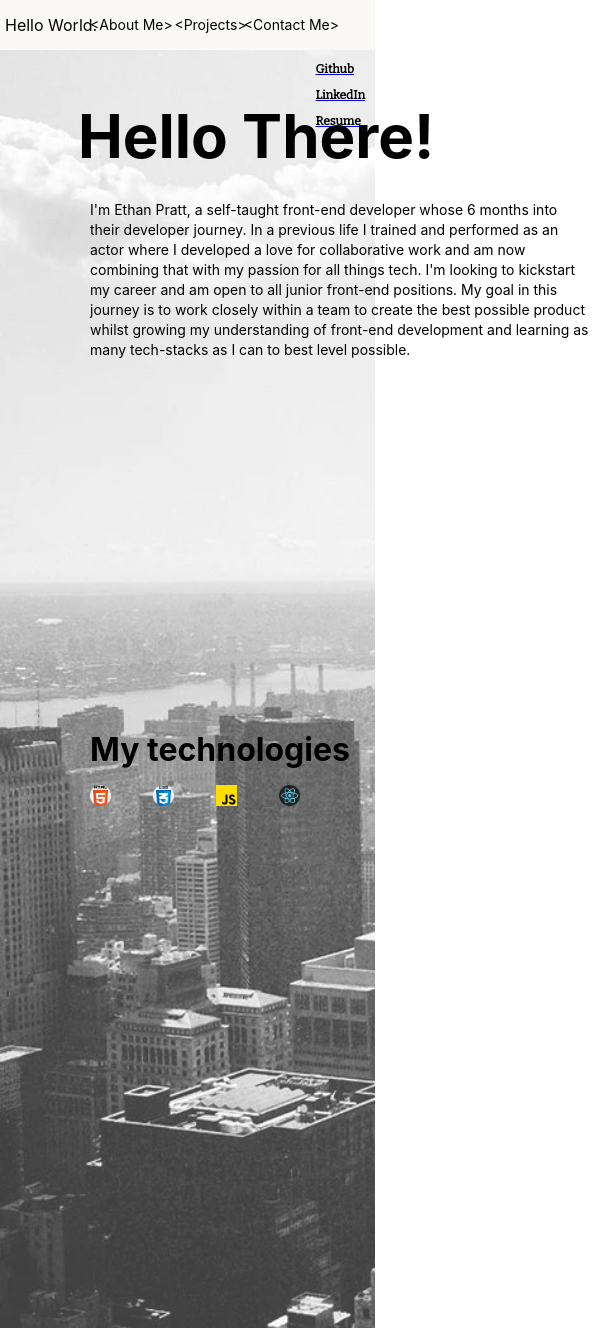
Repository: ghend99/website_ethan_pratt
Page: /about
An editor plug-in stored every save of this project. The page is shown before and after the next save, followed by the edit.
The browser window is 375 px wide. The page is 600 px wide, so the pictures cover 600 px, including what lies to the right of the window. The pictures show the whole page.
The project was rebuilt for these pictures with package versions that can differ from the ones it lists, and the page was loaded fresh each time. Also part of the build but not shown: src/pages/home.js, src/pages/project.js, src/css/contact.css, src/pages/contact.js.

Above is the page before, as saved 2023-04-25 09:09:45.

### public/index.html
<!DOCTYPE html>
<html lang="en">
  <head>
    <meta charset="utf-8" />
    <link rel="icon" href="%PUBLIC_URL%/favicon.ico" />
    <meta name="viewport" content="width=device-width, initial-scale=1" />
    <meta name="theme-color" content="#000000" />
    <meta
      name="description"
      content="Web site created using create-react-app"
    />
    <link rel="apple-touch-icon" href="%PUBLIC_URL%/logo192.png" />
    <!--
      manifest.json provides metadata used when your web app is installed on a
      user's mobile device or desktop. See https://developers.google.com/web/fundamentals/web-app-manifest/
    -->
    <link rel="manifest" href="%PUBLIC_URL%/manifest.json" />
    <!--
      Notice the use of %PUBLIC_URL% in the tags above.
      It will be replaced with the URL of the `public` folder during the build.
      Only files inside the `public` folder can be referenced from the HTML.

      Unlike "/favicon.ico" or "favicon.ico", "%PUBLIC_URL%/favicon.ico" will
      work correctly both with client-side routing and a non-root public URL.
      Learn how to configure a non-root public URL by running `npm run build`.
    -->
    <title>Ethan Pratt | Junior Front-End Developer</title>
  </head>
  <body>
    <noscript>You need to enable JavaScript to run this app.</noscript>
    <div id="root"></div>
    <!--
      This HTML file is a template.
      If you open it directly in the browser, you will see an empty page.

      You can add webfonts, meta tags, or analytics to this file.
      The build step will place the bundled scripts into the <body> tag.

      To begin the development, run `npm start` or `yarn start`.
      To create a production bundle, use `npm run build` or `yarn build`.
    -->
  </body>
</html>

### src/App.js
import { BrowserRouter as Router, Routes, Route } from "react-router-dom";
import { Home } from "./pages/home";
import { About } from "./pages/about.js";
import { Project } from "./pages/project.js";
import { Contact } from "./pages/contact.js";

function App() {
  return (
    <div className="App">
      <Router>
        <Routes>
          <Route path="/" element={<Home />} />
          <Route path="/projects" element={<Project />} />
          <Route path="/about" element={<About />} />
          <Route path="/contact" element={<Contact />} />
        </Routes>
      </Router>
    </div>
  );
}

export default App;

### src/pages/about.js
import "../css/about.css";
import { Header } from "../components/header.js";
import html from "../images/html.png";
import css from "../images/css.png";
import javascript from "../images/javascript.png";
import react from "../images/react.png";

export const About = () => {
  return (
    <div className="bg">
      <Header />
      <div className="about-container">
        {/* Infomration Container */}
        <div className="info-container">
          <section className="about">
            <h1 className="about-header">Hello There!</h1>
            <p className="about-paragraph">
              I'm Ethan Pratt, a self-taught front-end developer whose 6 months
              into their developer journey. In a previous life I trained and
              performed as an actor where I developed a love for collaborative
              work and am now combining that with my passion for all things
              tech. I'm looking to kickstart my career and am open to all junior
              front-end positions. My goal in this journey is to work closely
              within a team to create the best possible product whilst growing
              my understanding of front-end development and learning as many
              tech-stacks as I can to best level possible.
            </p>
          </section>
        </div>

        {/* Technology Container */}
        <div id="technology-container">
          <h2 className="technology-header">My technologies</h2>
          <img
            className="stack-html"
            id="stack-icon"
            src={html}
            alt="html logo"
          />
          <img className="stack-css" id="stack-icon" src={css} alt="css-logo" />
          <img
            className="stack-javascript"
            id="stack-icon"
            src={javascript}
            alt="javascript-logo"
          />
          <img
            className="stack-react"
            id="stack-icon"
            src={react}
            alt="react-logo"
          />
        </div>
      </div>
    </div>
  );
};

### src/components/header.js
import React, { useState } from "react";
import { Link } from "react-router-dom";
import "../css/header.css";
import github from "../images/github.png";
import linkedin from "../images/linkedin.png";
import resume from "../images/resume.png";
import menu from "../images/menu.png";

export const Header = () => {
  return (
    <div className="header-container">
      <Link className="header-title" to="/">
        Hello World.
      </Link>
      <Link id="header-nav" className="header-projects" to="/projects">
        &lt;Projects&gt;
      </Link>
      <Link id="header-nav" className="header-about" to="/about">
        &lt;About Me&gt;
      </Link>
      <Link id="header-nav" className="header-contact" to="/contact">
        &lt;Contact Me&gt;
      </Link>
      <a href="https://github.com/ghend99" target={"_blank"}>
        <img id="header-socials" className="header-github" src={github} />
      </a>
      <a href="https://www.linkedin.com/in/ethanapratt/" target={"_blank"}>
        <img id="header-socials" className="header-linkedin" src={linkedin} />
      </a>
      <a
        href="https://acrobat.adobe.com/link/review?uri=urn:aaid:scds:US:da99c37f-c24d-3e9b-a6fa-3d40d675b989"
        target={"_blank"}
      >
        <img id="header-socials" className="header-resume" src={resume} />
      </a>

      <div className="header-socials-list">
        <a href="https://github.com/ghend99" target={"_blank"}>
          <p className="header-socials-text">Github</p>
        </a>
        <a href="https://www.linkedin.com/in/ethanapratt/" target={"_blank"}>
          <p className="header-socials-text">LinkedIn</p>
        </a>
        <a
          href="https://acrobat.adobe.com/link/review?uri=urn:aaid:scds:US:da99c37f-c24d-3e9b-a6fa-3d40d675b989"
          target={"_blank"}
        >
          <p className="header-socials-text">Resume</p>
        </a>
      </div>
    </div>
  );
};

### src/css/home.css
@import url("https://fonts.googleapis.com/css2?family=Bitter&display=swap");

#center-container {
  position: relative;
  max-width: 25%;
  min-width: 500px;
  height: 20%;
  border-bottom: solid;
  /* background-color: aqua; */
  margin-left: auto;
  margin-right: auto;
  top: 10%;
  text-align: center;
  padding: 70px 0;
}

.home-name {
  top: 0;
  font-size: 50px;
  font-weight: bold;
}

.home-job-title {
  font-size: 32px;
  font-family: "Bitter";
}

.home-resume,
.home-github,
.home-linkedin {
  position: absolute;
  bottom: -50px;
  text-decoration: none;
  color: black;
  font-size: 20px;
  font-weight: bold;
  height: 50px;
  padding-bottom: 10px;
}

.home-resume:hover,
.home-github:hover,
.home-linkedin:hover {
  border-bottom: solid;
}

.home-github {
  left: 0;
}

.home-linkedin {
  left: 45%;
}

.home-resume {
  right: 0;
}

### src/css/about.css
.about-container {
  position: relative;
  max-width: 100%;
  min-width: 600px;
  max-height: 100%;
  min-height: 550px;
  /* background-color: lightyellow; */
}

.info-container {
  position: relative;
  max-width: 100%;
  min-width: 530px;
  max-height: 100%;
  min-height: 420px;
  top: 50px;
  /* background-color: lightgreen; */
}

.about-header {
  position: absolute;
  /* display: inline-block; */
  left: 13%;
  margin: 0;
  font-size: 60px;
}

.about-paragraph {
  position: absolute;
  top: 100px;
  left: 15%;
  max-width: 50%;
  min-width: 500px;
  margin: 0;
  font-size: 24px;
  line-height: 40px;
}

#technology-container {
  position: relative;
  top: 30px;
  max-width: 70%;
  min-width: 40%;
  max-height: 100%;
  min-height: 150px;
  left: 15%;
  margin: 0;
  /* background-color: lightblue; */
}

.technology-header {
  position: absolute;
  margin: 0;
  font-size: clamp(2rem, 1vw, 4rem);
}

#stack-icon {
  position: absolute;
  top: 55px;
  width: 5%;
}

.stack-html {
  left: 0;
}

.stack-css {
  left: 15%;
}

.stack-javascript {
  left: 30%;
}

.stack-react {
  left: 45%;
}

@media screen and (min-width: 0) and (max-width: 1740px) {
  #technology-container {
    top: 20px;
  }
}

@media screen and (min-width: 0) and (max-width: 1730px) {
  #technology-container {
    top: 50px;
  }
}

@media screen and (min-width: 0) and (max-width: 1570px) {
  #technology-container {
    top: 80px;
  }
}

@media screen and (min-width: 0) and (max-width: 1370px) {
  #technology-container {
    top: 120px;
  }
}
@media screen and (min-width: 0) and (max-width: 1230px) {
  #technology-container {
    top: 180px;
  }
}

@media screen and (min-width: 0) and (max-width: 1150px) {
  #technology-container {
    top: 220px;
  }
}

@media screen and (min-width: 0) and (max-width: 1050px) {
  #technology-container {
    top: 260px;
  }
}

@media screen and (min-width: 0) and (max-width: 425px) {
  .about-paragraph {
    font-size: 14px;
    line-height: 20px;
  }
}

### src/css/header.css
@import url("https://fonts.googleapis.com/css2?family=Bitter&display=swap");

.header-socials-text {
  color: black;
  text-decoration: none;
  border-bottom: none;
}

.header-container {
  position: relative;
  display: flex;
  flex-direction: row;
  max-width: 100%;
  min-width: 530px;
  max-height: 200px;
  min-height: 50px;
  background-color: #faf9f6;
  /* padding-top: 20px; */
}

.header-title {
  position: absolute;
  left: 5px;
  margin: 0;
  margin-right: clamp(20px, 50px, 30px);
  font-size: clamp(1rem, 4vw, 1.7rem);
  top: 8px;
  text-decoration: none;
  color: black;
}

#header-nav {
  position: absolute;
  display: flex;
  font-size: clamp(1rem, 4vw, 1.5rem);
  margin: 0;
  margin-right: clamp(20px, 50px, 30px);
  top: 8px;
}

.header-projects {
  left: clamp(30%, 46.5%, 60%);
  text-decoration: none;
  color: black;
}

.header-about {
  margin: 0;
  margin-left: 50px;
  margin-right: 100px;
  left: clamp(5px, 24%, 55%);
  text-decoration: none;
  color: black;
}

.header-contact {
  left: clamp(20%, 65%, 70%);
  text-decoration: none;
  color: black;
}

#header-socials {
  max-width: 11%;
  min-width: 35px;
  max-height: 50%;
  min-height: 10px;
  top: 15px;
  cursor: pointer;
}

#header-nav:hover {
  border-bottom: solid;
}

.header-github {
  position: absolute;
  right: clamp(10px, 12%, 110px);
}

.header-linkedin {
  position: absolute;
  right: clamp(5px, 10%, 60px);
}

.header-resume {
  position: absolute;
  right: clamp(10px, 10%, 10px);
}

.bg {
  position: relative;
  max-width: 100%;
  min-width: 650px;
  height: 100%;
  min-height: 83rem;
  background-size: cover;
  background-repeat: no-repeat;
  background-position: center center;
}

.bg::before {
  content: "";
  background-image: url(../images/background-image.jpg);
  background-size: cover;
  position: absolute;
  top: 0px;
  right: 0px;
  bottom: 0px;
  left: 0px;
  opacity: 0.75;
}

.header-socials-list {
  position: absolute;
  right: 10px;
  top: 50px;
  font-size: 12px;
  font-weight: bold;
  font-family: "Bitter";
  color: black;
  opacity: 0;
  transition: all 0.2s;
}

@media screen and (min-width: 0) and (max-width: 1028px) {
  #header-socials {
    display: none;
  }

  .header-socials-list {
    opacity: 1;
  }
}

@media screen and (min-width: 0) and (max-width: 612px) {
  #header-nav {
    top: 13px;
    font-size: 22px;
  }

  .header-socials-menu {
    top: 15px;
    right: 10px;
    width: 20px;
    height: 20px;
  }
}

@media screen and (min-width: 0) and (max-width: 554px) {
  #header-nav {
    font-size: 20px;
  }

  .header-title {
    top: 15px;
    font-size: 16px;
  }
}

@media screen and (min-width: 0) and (max-width: 425px) {
  .header-container {
    min-width: 150px;
  }

  #header-nav {
    font-size: 14px;
    top: 16px;
  }

  .bg {
    min-width: 170px;
  }
}

### src/css/project.css
@import url("https://fonts.googleapis.com/css2?family=Bitter&display=swap");

#projects-container {
  position: absolute;
  display: grid;
  grid-template-columns: 1fr 1fr 1fr 1fr;
  grid-template-rows: 3fr;
  max-width: 80%;
  min-width: 70%;
  max-height: 400vh;
  min-height: 150px;
  /* background-color: blue; */
  /* opacity: 0.7; */
  left: 10%;
  top: 10%;
}

#single-project {
  position: relative;
  max-width: 100%;
  max-height: 600px;
  min-height: 100%;
  border: solid;
  text-align: center;
  background-color: #faf9f6;
}

.project-name {
  font-family: "Bitter";
  font-size: clamp(18px, 24px, 30px);
}

#project-image {
  position: relative;
  max-width: 80%;
  max-height: 75%;
  min-height: 20%;
  top: -10px;
  margin-left: auto;
  margin-right: auto;
}

.image {
  width: 70%;
}

#project-stacks-used {
  margin: 0;
  top: 300px;
}

.project-footer {
  position: absolute;
  display: grid;
  grid-template-columns: 1fr 1fr 1fr;
  text-align: center;
  width: 100%;
  height: 6%;
  bottom: 10px;
}

.source-link,
.source-demo,
.project-info {
  position: absolute;
  text-decoration: none;
  color: black;
  font-size: clamp(0.8rem, 0.5vw, 0.8rem);
  font-weight: bold;
  height: 20px;
  cursor: pointer;
}

.source-link {
  left: 5px;
}

.source-demo {
  right: 5px;
}

#project-information {
  font-size: 14px;
}

.source-link:hover,
.source-demo:hover,
.project-info:hover {
  border-bottom: solid;
}

@media screen and (min-width: 0) and (max-width: 1028px) {
  /* #project-container {
    grid-template-columns: 1fr 1fr 1fr;
  } */

  /* #single-project {
    height: 50%;
  } */

  .project-footer {
    grid-template-rows: 0.5fr;
    bottom: 0;
  }

  .source-link,
  .source-demo,
  .project-info {
    font-size: 10px;
    font-weight: bold;
  }

  .source-link {
    margin: 0;
  }

  .source-demo {
    margin: 0;
    right: 7px;
  }

  .project-info {
    margin: 0;
    top: -4px;
  }
}

@media screen and (min-width: 0) and (max-width: 708px) {
  #projects-container {
    grid-template-columns: 1fr 1fr;
    grid-template-rows: 1fr 1fr;
  }

  .project-footer {
    bottom: 0;
  }

  .source-link,
  .source-demo,
  .project-info {
    font-size: 8px;
  }

  #single-project {
    min-height: 410px;
  }

  #project-information {
    font-size: 12px;
  }
}

Loaded but not shown: src/index.js (common file); src/index.css (common file)

After the next save:
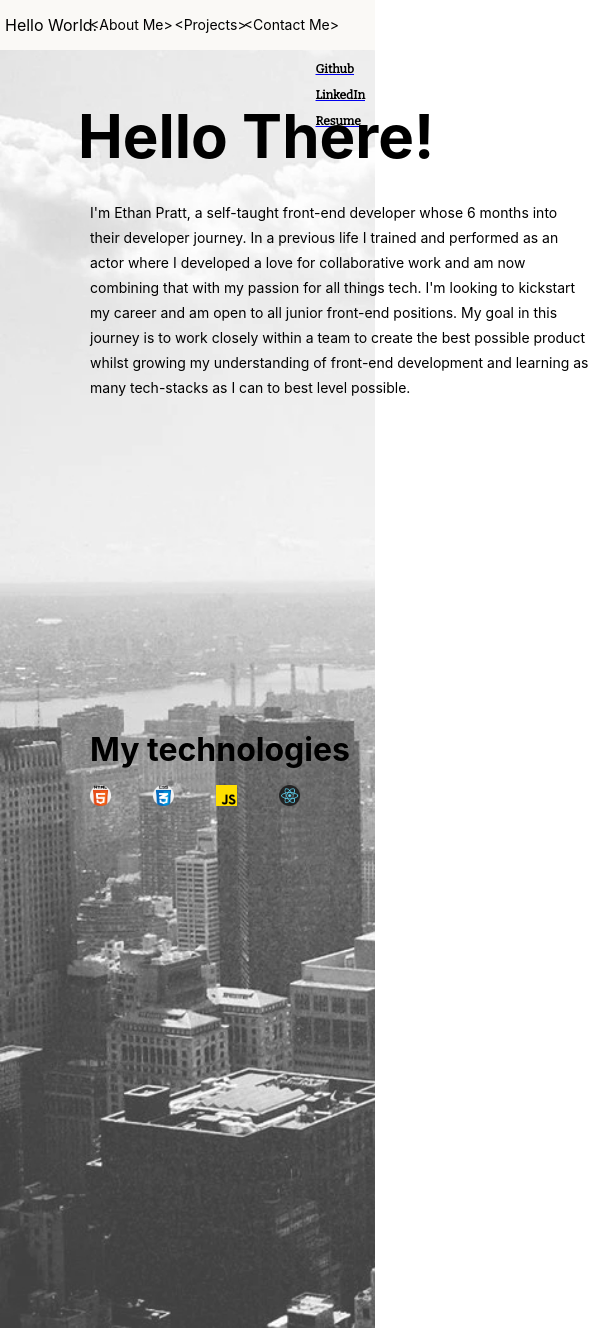
Saved 5 s later.
--- a/src/css/about.css
+++ b/src/css/about.css
@@ -120,6 +120,6 @@
 @media screen and (min-width: 0) and (max-width: 425px) {
   .about-paragraph {
     font-size: 14px;
-    line-height: 20px;
+    line-height: 25px;
   }
 }
